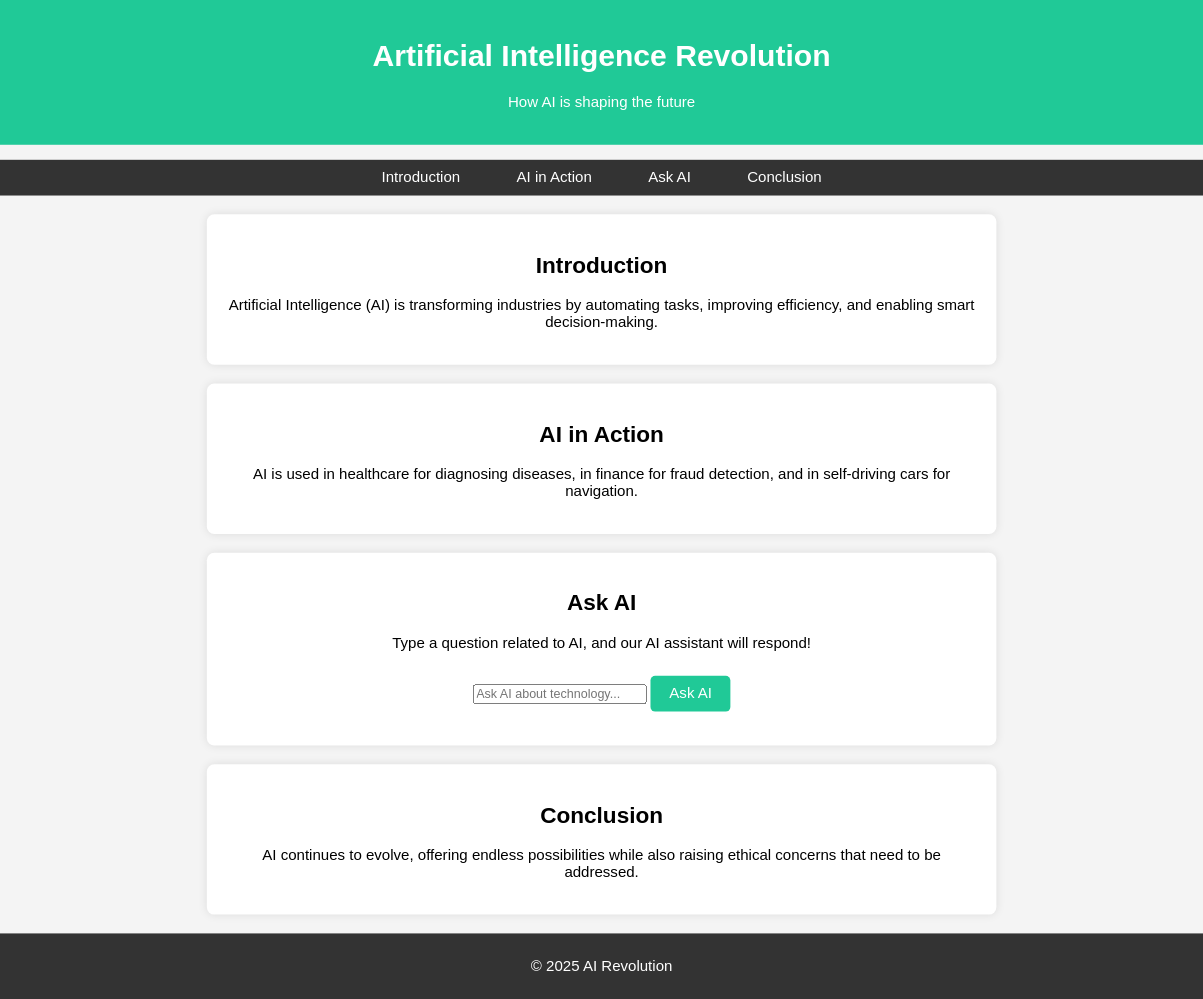
Repository: TemoshoS/ai
Page: index.html
The author's editor kept a copy of each file at every save. The page is drawn from the files as they stood at one save, then again after the next save.
The browser window is 1280 px wide. The pictures show the whole page, at 94% of full size.

Above is the page before, as saved 2025-02-16 13:41:55.
Console error: TypeError: Cannot read properties of null (reading 'addEventListener')

After the next save:
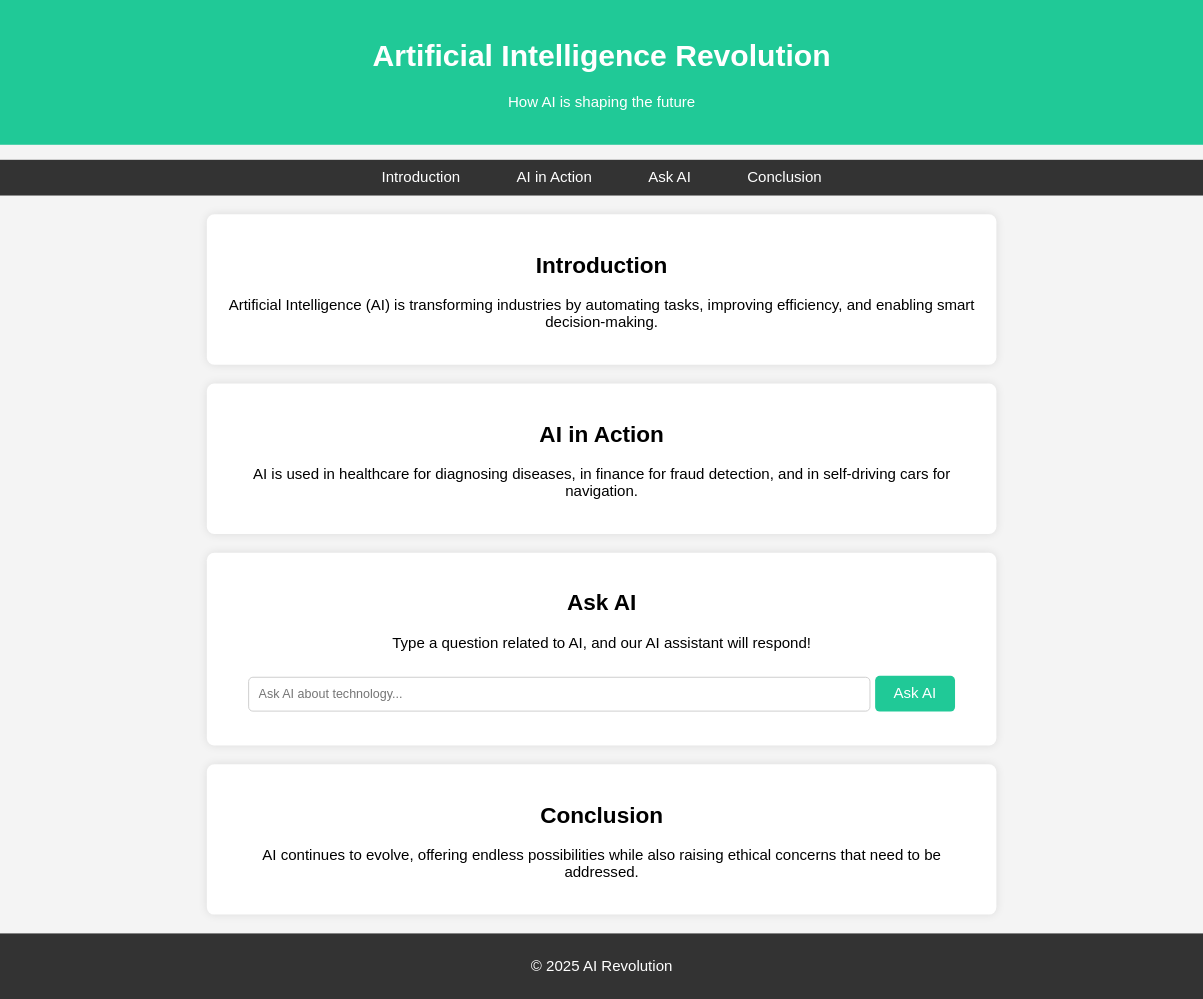
Saved 9 s later.
--- a/styles.css
+++ b/styles.css
@@ -46,6 +46,14 @@ section {
     box-shadow: 0px 0px 10px rgba(0, 0, 0, 0.1);
 }
 
+input {
+    padding: 10px;
+    width: 80%;
+    border: 1px solid #ccc;
+    border-radius: 5px;
+    margin-top: 10px;
+}
+
 button {
     background-color: #20C997;
     color: white;
@@ -61,6 +69,12 @@ button:hover {
     background-color: #17a589;
 }
 
+#aiResponse {
+    font-weight: bold;
+    color: #333;
+    margin-top: 15px;
+}
+
 footer {
     margin-top: 20px;
     background-color: #333;
